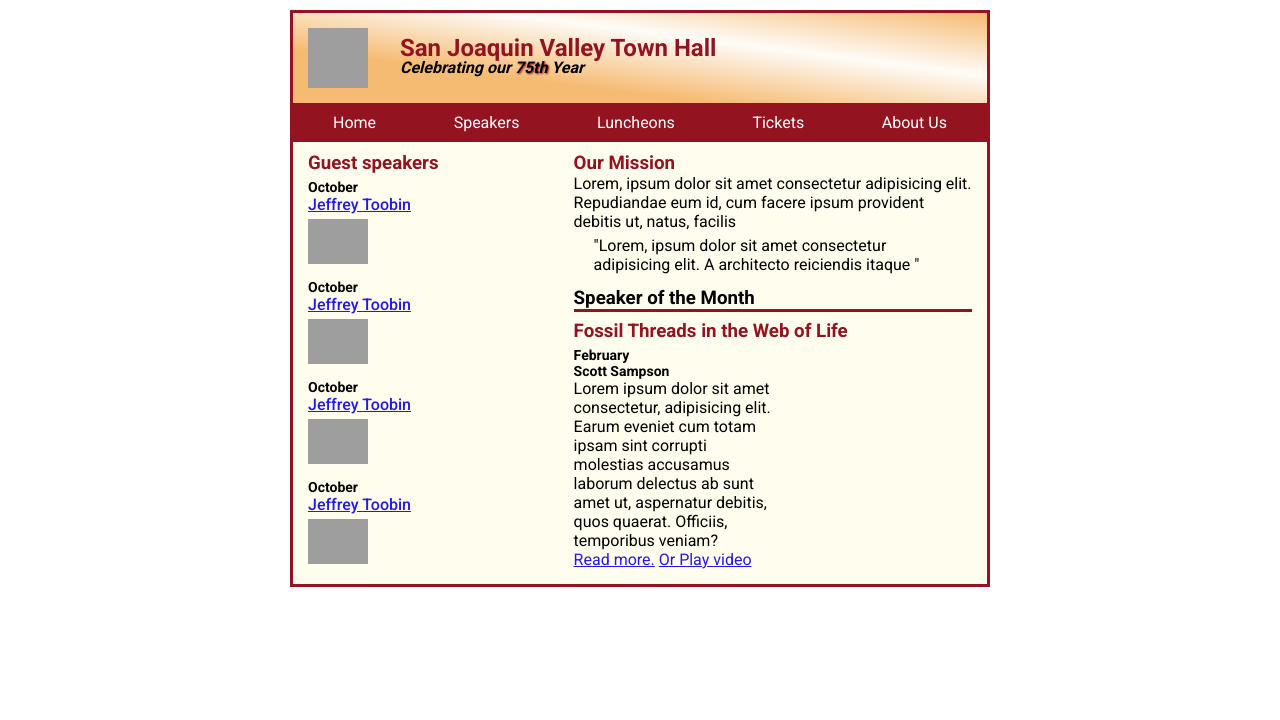
Repository: Mannj-nef/ex-5-6-7-8_IvVettech
Page: index.html
These files come from the project's save history. The page is drawn as it stood at one moment and after the next save; the edit follows.
The browser window is 1280 px wide. The pictures show the whole page.
Pictures or frames that could not be fetched are drawn as grey boxes.

Above is the page before, as saved 2022-03-24 22:39:19.

After the next save:
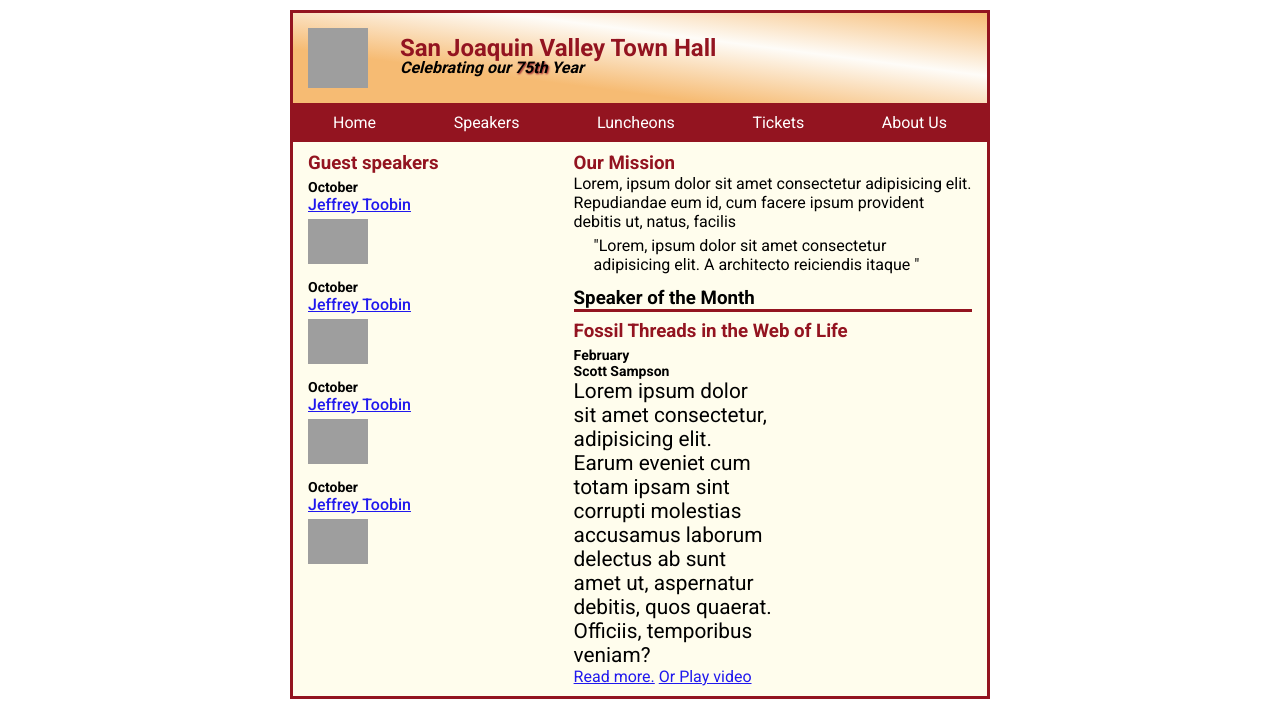
Saved 30 s later.
--- a/Asset/style.css
+++ b/Asset/style.css
@@ -132,6 +132,9 @@ html {
 .center-right_title {
   margin-right: 10px;
 }
+.constent-right__center-desc {
+  font-size: 1.3em;
+}
 .constent-right__center-link {
   color: var(--blue-color);
 }
